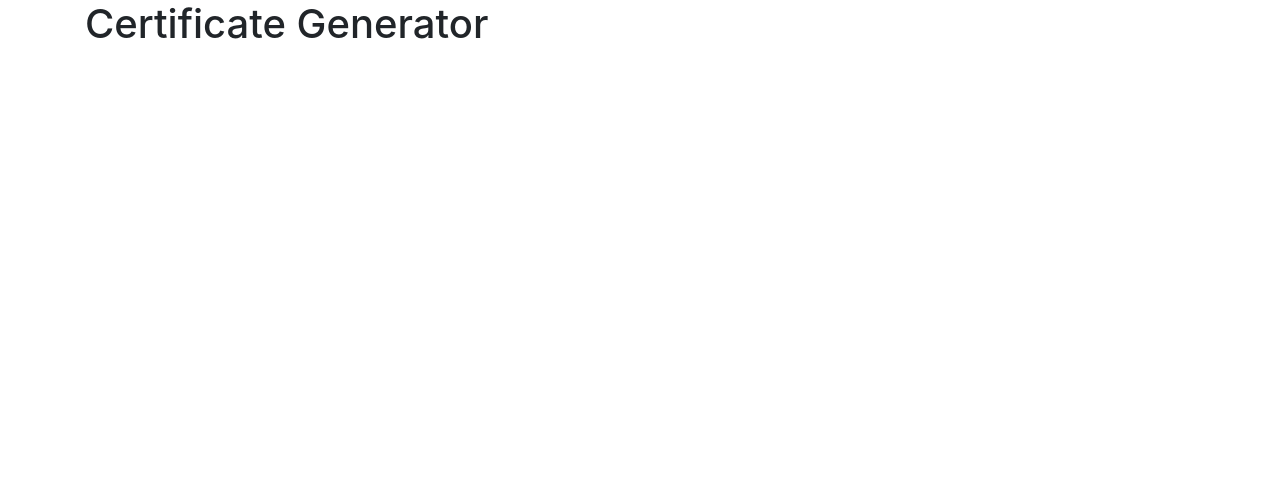
Repository: MrSyntax31/certificategenofficial.github.io
Page: src/main.html
These files come from the project's save history. The page is drawn as it stood at one moment and after a run of saves; the edit follows.
The browser window is 1280 px wide. The pictures show the whole page.

Above is the page before, as saved 2021-05-24 17:02:58.
Console error: TypeError: Cannot read properties of null (reading 'getContext')

After the next 3 saves:
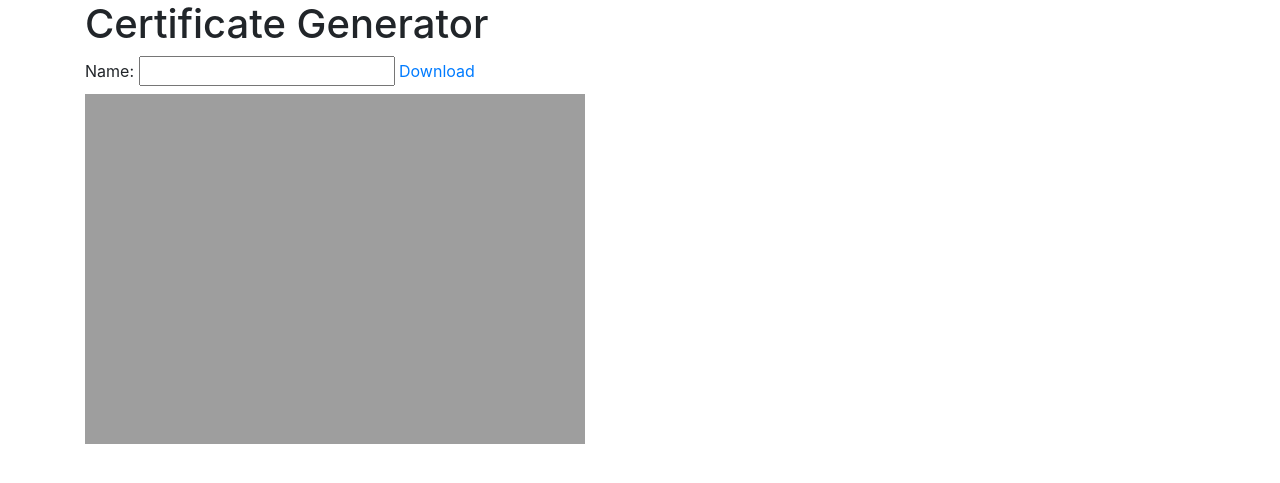
The error is gone.
The 3 saves are shown as one change because they came seconds apart.
The last was saved 12 s later.
--- a/src/main.html
+++ b/src/main.html
@@ -12,7 +12,15 @@
 <body>
     <div class="container">
         <h1>Certificate Generator</h1>
-        <div
+        <div class>
+            <label>
+                Name:
+                <input id="name" type='text'>
+            </label>
+            <a href="#" id="download-btn">Download</a>
+            <br>
+            <canvas id="canvas" height="350px" width="500px"></canvas>
+        </div>
     </div>
     <script src="index.js"></script>
 </body>
